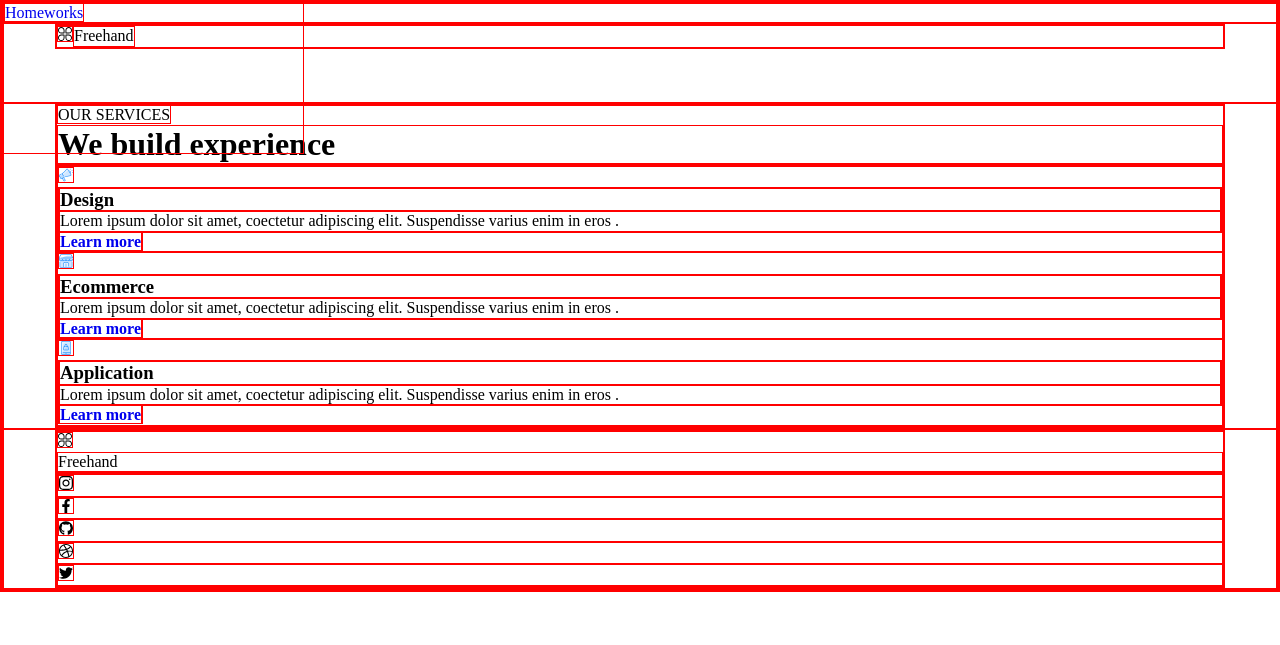
Repository: Tsiniavska/beetroot-test-project
Page: Homeworks/svg/index.html
An editor plug-in stored every save of this project. The page is shown before and after the next save, followed by the edit.
The browser window is 1280 px wide. The pictures show the whole page.
Some web fonts or font styles are not loaded; a fallback is used.

Above is the page before, as saved 2024-02-28 18:47:01.

### Homeworks/svg/index.html
<!DOCTYPE html>
<html lang="en">
  <head>
    <meta charset="UTF-8" />
    <meta name="viewport" content="width=device-width, initial-scale=1.0" />
    <title>SVG</title>
    <!-- Fonts -->

    <link rel="preconnect" href="https://fonts.googleapis.com" />
    <link rel="preconnect" href="https://fonts.gstatic.com" crossorigin />
    <link
      href="https://fonts.googleapis.com/css2?family=Nunito+Sans:ital,opsz,wght@0,6..12,200..1000;1,6..12,200..1000&family=Roboto&display=swap"
      rel="stylesheet"
    />
    <link rel="preconnect" href="https://fonts.googleapis.com" />
    <link rel="preconnect" href="https://fonts.gstatic.com" crossorigin />
    <link
      href="https://fonts.googleapis.com/css2?family=Quicksand:wght@500&display=swap"
      rel="stylesheet"
    />

    <!-- Styles -->
    <link rel="stylesheet" href="../../styles/normalize.css" />
    <link rel="stylesheet" href="../../styles/main.css" />
    <link rel="stylesheet" href="./index.css" />
    <link rel="stylesheet" href="./variables.css" />
  </head>
  <body>
    <!-- Icons -->
    <svg
      aria-hidden="true"
      style="position: absolute; overflow: hidden"
      xmlns="http://www.w3.org/2000/svg"
      xmlns:xlink="http://www.w3.org/1999/xlink"
    >
      <defs>
        <symbol id="icon-logo" viewBox="0 0 32 32">
          <path
            d="M7.467 0c-4.124 0-7.467 3.343-7.467 7.467s3.343 7.467 7.467 7.467v0h6.4c0.589 0 1.067-0.478 1.067-1.067v0-6.4c0-4.124-3.343-7.467-7.467-7.467v0zM2.133 7.467c0-2.946 2.388-5.333 5.333-5.333s5.333 2.388 5.333 5.333v0 5.333h-5.333c-2.946 0-5.333-2.388-5.333-5.333v0zM7.467 32c-4.124 0-7.467-3.343-7.467-7.467s3.343-7.467 7.467-7.467v0h6.4c0.589 0 1.067 0.478 1.067 1.067v0 6.4c0 4.124-3.343 7.467-7.467 7.467v0zM2.133 24.533c0 2.945 2.388 5.333 5.333 5.333s5.333-2.388 5.333-5.333v0-5.333h-5.333c-2.946 0-5.333 2.388-5.333 5.333v0zM32 7.467c0-4.124-3.343-7.467-7.467-7.467s-7.467 3.343-7.467 7.467v0 6.4c0 0.589 0.478 1.067 1.067 1.067v0h6.4c4.124 0 7.467-3.343 7.467-7.467v0zM24.533 2.133c2.945 0 5.333 2.388 5.333 5.333s-2.388 5.333-5.333 5.333v0h-5.333v-5.333c0-2.946 2.388-5.333 5.333-5.333v0zM24.533 32c4.124 0 7.467-3.343 7.467-7.467s-3.343-7.467-7.467-7.467v0h-6.4c-0.589 0-1.067 0.478-1.067 1.067v0 6.4c0 4.124 3.343 7.467 7.467 7.467v0zM29.867 24.533c0 2.945-2.388 5.333-5.333 5.333s-5.333-2.388-5.333-5.333v0-5.333h5.333c2.945 0 5.333 2.388 5.333 5.333v0z"
          ></path>
        </symbol>
        <symbol id="icon-twitter" viewBox="0 0 32 32">
          <path
            d="M28.711 9.482c0.020 0.284 0.020 0.569 0.020 0.853 0 8.67-6.599 18.66-18.66 18.66-3.716 0-7.168-1.076-10.071-2.944 0.528 0.061 1.036 0.081 1.584 0.081 3.066 0 5.888-1.036 8.142-2.802-2.883-0.061-5.3-1.949-6.132-4.548 0.406 0.061 0.812 0.102 1.239 0.102 0.589 0 1.178-0.081 1.726-0.223-3.005-0.609-5.259-3.249-5.259-6.437v-0.081c0.873 0.487 1.888 0.792 2.964 0.832-1.766-1.178-2.924-3.188-2.924-5.462 0-1.218 0.325-2.335 0.893-3.31 3.228 3.98 8.081 6.579 13.523 6.863-0.101-0.487-0.162-0.995-0.162-1.502 0-3.614 2.924-6.558 6.558-6.558 1.888 0 3.594 0.792 4.792 2.071 1.482-0.284 2.904-0.833 4.163-1.584-0.487 1.523-1.523 2.802-2.883 3.614 1.32-0.142 2.599-0.508 3.777-1.015-0.893 1.299-2.010 2.457-3.289 3.391z"
          ></path>
        </symbol>
        <symbol id="icon-facebook" viewBox="0 0 32 32">
          <path
            d="M23.446 18l0.889-5.791h-5.557v-3.758c0-1.584 0.776-3.129 3.265-3.129h2.526v-4.931c0 0-2.293-0.391-4.484-0.391-4.576 0-7.567 2.774-7.567 7.795v4.414h-5.087v5.791h5.087v14h6.261v-14h4.668z"
          ></path>
        </symbol>
        <symbol id="icon-instagram" viewBox="0 0 32 32">
          <path
            d="M16.004 7.797c-4.54 0-8.203 3.662-8.203 8.203s3.662 8.203 8.203 8.203 8.203-3.662 8.203-8.203c0-4.54-3.662-8.203-8.203-8.203zM16.004 21.333c-2.934 0-5.333-2.392-5.333-5.333s2.392-5.333 5.333-5.333 5.333 2.392 5.333 5.333c0 2.941-2.399 5.333-5.333 5.333zM26.455 7.462c0 1.064-0.857 1.913-1.913 1.913-1.064 0-1.913-0.857-1.913-1.913s0.857-1.913 1.913-1.913c1.057 0 1.913 0.857 1.913 1.913zM31.887 9.404c-0.121-2.563-0.707-4.833-2.584-6.703-1.87-1.87-4.14-2.456-6.703-2.584-2.641-0.15-10.558-0.15-13.2 0-2.556 0.121-4.826 0.707-6.703 2.577s-2.456 4.141-2.584 6.703c-0.15 2.641-0.15 10.558 0 13.2 0.121 2.563 0.707 4.833 2.584 6.703s4.141 2.456 6.703 2.584c2.641 0.15 10.558 0.15 13.2 0 2.563-0.121 4.833-0.707 6.703-2.584 1.87-1.87 2.456-4.141 2.584-6.703 0.15-2.641 0.15-10.551 0-13.193zM28.475 25.431c-0.557 1.399-1.635 2.477-3.041 3.041-2.106 0.835-7.103 0.642-9.43 0.642s-7.332 0.186-9.43-0.642c-1.399-0.557-2.477-1.635-3.041-3.041-0.835-2.106-0.643-7.103-0.643-9.431s-0.186-7.332 0.643-9.43c0.557-1.399 1.635-2.477 3.041-3.041 2.106-0.835 7.103-0.643 9.43-0.643s7.332-0.186 9.43 0.643c1.399 0.557 2.477 1.635 3.041 3.041 0.835 2.106 0.643 7.103 0.643 9.43s0.193 7.332-0.643 9.431z"
          ></path>
        </symbol>
        <symbol id="icon-github" viewBox="0 0 32 32">
          <path
            d="M10.703 25.522c0 0.129-0.148 0.232-0.335 0.232-0.213 0.019-0.361-0.084-0.361-0.232 0-0.129 0.148-0.232 0.335-0.232 0.194-0.019 0.361 0.084 0.361 0.232zM8.697 25.232c-0.045 0.129 0.084 0.277 0.277 0.316 0.168 0.065 0.361 0 0.4-0.129s-0.084-0.277-0.277-0.336c-0.168-0.045-0.355 0.019-0.4 0.148zM11.548 25.122c-0.187 0.045-0.316 0.168-0.297 0.316 0.019 0.129 0.187 0.213 0.381 0.168 0.187-0.045 0.316-0.168 0.297-0.297-0.019-0.123-0.194-0.206-0.381-0.187zM15.794 0.4c-8.948 0-15.794 6.794-15.794 15.742 0 7.155 4.503 13.277 10.935 15.432 0.826 0.148 1.116-0.361 1.116-0.781 0-0.4-0.019-2.607-0.019-3.961 0 0-4.516 0.968-5.465-1.923 0 0-0.736-1.877-1.794-2.361 0 0-1.477-1.013 0.103-0.993 0 0 1.606 0.129 2.49 1.664 1.413 2.49 3.781 1.774 4.703 1.348 0.148-1.032 0.568-1.748 1.032-2.174-3.606-0.4-7.245-0.923-7.245-7.129 0-1.774 0.49-2.665 1.523-3.8-0.168-0.419-0.716-2.148 0.168-4.381 1.348-0.419 4.452 1.742 4.452 1.742 1.29-0.361 2.677-0.548 4.052-0.548s2.761 0.187 4.052 0.548c0 0 3.103-2.168 4.452-1.742 0.884 2.239 0.336 3.961 0.168 4.381 1.032 1.142 1.664 2.032 1.664 3.8 0 6.226-3.8 6.723-7.406 7.129 0.594 0.51 1.097 1.477 1.097 2.993 0 2.174-0.019 4.865-0.019 5.394 0 0.419 0.297 0.929 1.116 0.781 6.452-2.142 10.826-8.264 10.826-15.419 0-8.948-7.258-15.742-16.206-15.742zM6.271 22.651c-0.084 0.064-0.064 0.213 0.045 0.335 0.103 0.103 0.252 0.148 0.335 0.065 0.084-0.065 0.064-0.213-0.045-0.336-0.103-0.103-0.252-0.148-0.335-0.064zM5.574 22.129c-0.045 0.084 0.019 0.187 0.148 0.252 0.103 0.064 0.232 0.045 0.277-0.045 0.045-0.084-0.019-0.187-0.148-0.252-0.129-0.039-0.232-0.019-0.277 0.045zM7.665 24.425c-0.103 0.084-0.064 0.277 0.084 0.4 0.148 0.148 0.336 0.168 0.419 0.065 0.084-0.084 0.045-0.277-0.084-0.4-0.142-0.148-0.335-0.168-0.419-0.065zM6.929 23.477c-0.103 0.064-0.103 0.232 0 0.381s0.277 0.213 0.361 0.148c0.103-0.084 0.103-0.252 0-0.4-0.090-0.148-0.258-0.213-0.361-0.129z"
          ></path>
        </symbol>
        <symbol id="icon-dribbble" viewBox="0 0 32 32">
          <path
            d="M16 0c-8.822 0-16 7.178-16 16s7.178 16 16 16c8.822 0 16-7.178 16-16s-7.178-16-16-16zM26.579 7.378c1.903 2.326 3.056 5.288 3.086 8.513-0.451-0.095-4.969-1.012-9.516-0.44-0.371-0.906-0.721-1.703-1.201-2.685 5.053-2.063 7.343-4.999 7.631-5.389zM25.059 5.798c-0.246 0.35-2.303 3.115-7.163 4.937-2.239-4.115-4.722-7.495-5.099-8.001 4.334-1.045 8.901 0.082 12.262 3.064zM10.19 3.653c0.36 0.494 2.802 3.878 5.067 7.904-6.393 1.698-12.023 1.673-12.634 1.665 0.886-4.241 3.744-7.765 7.568-9.569zM2.334 16.021c0-0.14 0.003-0.279 0.007-0.418 0.598 0.012 7.221 0.098 14.046-1.945 0.391 0.766 0.765 1.543 1.108 2.319-4.942 1.392-9.432 5.389-11.647 9.181-2.183-2.423-3.513-5.628-3.513-9.138zM7.611 26.802c1.428-2.918 5.302-6.685 10.811-8.565 1.919 4.986 2.712 9.165 2.915 10.364-4.394 1.872-9.678 1.358-13.727-1.799zM23.636 27.35c-0.14-0.831-0.867-4.832-2.655-9.744 4.283-0.685 8.045 0.437 8.513 0.584-0.609 3.803-2.792 7.087-5.858 9.16z"
          ></path>
        </symbol>
        <symbol id="icon-phone" viewBox="0 0 32 32">
          <path
            class="icon-change-color"
            fill="#d1e7ff"
            style="fill: var(--color1, #d1e7ff)"
            d="M23.839 0.533c1.259 0 2.28 0.955 2.28 2.133v26.667c0 1.178-1.021 2.133-2.28 2.133h-15.678c-1.259 0-2.28-0.955-2.28-2.133v-26.667c0-1.178 1.021-2.133 2.28-2.133h15.678z"
          ></path>
          <path
            class="icon-change-color"
            fill="#b9dcff"
            style="fill: var(--color2, #b9dcff)"
            d="M19.586 11.981c0.546 0 1.003 0.385 1.063 0.892l0.762 6.552c0.069 0.591-0.426 1.108-1.063 1.108h-8.697c-0.636 0-1.132-0.517-1.063-1.108l0.762-6.552c0.059-0.507 0.517-0.892 1.063-0.892h7.172z"
          ></path>
          <path
            class="icon-change-color"
            fill="#e8f3ff"
            style="fill: var(--color3, #e8f3ff)"
            d="M23.947 0.536c1.834 0.080 1.737 2.664-0.099 2.664h-7.42c-4.251 0-7.696 3.224-7.696 7.2v21.067h-0.57c-1.259 0-2.28-0.955-2.28-2.133v-26.667c0-1.178 1.021-2.133 2.28-2.133 0.103 0 15.702-0.001 15.786 0.002z"
          ></path>
          <path
            class="icon-change-color"
            fill="#b9dcff"
            style="fill: var(--color2, #b9dcff)"
            d="M26.119 26.8v2.533c0 1.178-1.021 2.133-2.28 2.133h-15.678c-1.259 0-2.28-0.955-2.28-2.133v-2.533h20.238z"
          ></path>
          <path
            class="icon-change-color"
            fill="#d1e7ff"
            style="fill: var(--color1, #d1e7ff)"
            d="M8.731 26.8v2.541c0 1.737-2.85 1.826-2.85-0.008v-2.533h2.85z"
          ></path>
          <path
            class="icon-change-color"
            fill="#d1e7ff"
            style="fill: var(--color1, #d1e7ff)"
            d="M19.586 13.981c-3.453 0-6.276 2.432-6.64 5.565-0.065 0.562-0.572 0.987-1.176 0.987h-0.118c-0.636 0-1.132-0.517-1.063-1.108l0.762-6.552c0.059-0.507 0.517-0.892 1.063-0.892h7.172c0.545 0 1.003 0.384 1.063 0.892 0.069 0.593-0.427 1.108-1.062 1.108z"
          ></path>
          <path
            class="icon-change-color"
            fill="#007ffc"
            style="fill: var(--color4, #007ffc)"
            d="M23.839 0h-15.678c-1.572 0-2.85 1.196-2.85 2.667v26.667c0 1.47 1.279 2.667 2.85 2.667h15.678c1.572 0 2.851-1.196 2.851-2.667v-26.667c0-1.47-1.279-2.667-2.851-2.667zM23.839 30.933h-15.678c-0.943 0-1.71-0.718-1.71-1.6v-26.667c0-0.882 0.767-1.6 1.71-1.6h15.678c0.943 0 1.71 0.718 1.71 1.6v23.6h-16.319c-0.315 0-0.57 0.239-0.57 0.533s0.255 0.533 0.57 0.533h16.319v2c0 0.882-0.767 1.6-1.71 1.6zM17.283 29c0 0.295-0.255 0.533-0.57 0.533h-1.425c-0.315 0-0.57-0.239-0.57-0.533s0.255-0.533 0.57-0.533h1.425c0.315 0 0.57 0.239 0.57 0.533zM11.652 21.067h8.697c0.975 0 1.735-0.793 1.629-1.699l-0.762-6.552c-0.091-0.779-0.791-1.367-1.629-1.367h-0.528v-0.987c-0-1.578-1.372-2.861-3.058-2.861s-3.058 1.283-3.058 2.861v0.987h-0.528c-0.838 0-1.539 0.588-1.629 1.367l-0.762 6.552c-0.106 0.907 0.655 1.699 1.629 1.699zM11.156 19.483l0.762-6.552c0.028-0.237 0.241-0.416 0.496-0.416h0.528v0.832c0 0.295 0.255 0.533 0.57 0.533s0.57-0.239 0.57-0.533v-2.886c0-0.989 0.86-1.794 1.918-1.794s1.918 0.805 1.918 1.794v0.987h-2.466c-0.315 0-0.57 0.239-0.57 0.533s0.255 0.533 0.57 0.533h2.466v0.832c0 0.295 0.255 0.533 0.57 0.533s0.57-0.239 0.57-0.533v-0.832h0.528c0.255 0 0.468 0.179 0.496 0.416l0.762 6.552c0.032 0.276-0.198 0.517-0.496 0.517h-8.697c-0.297 0-0.528-0.24-0.496-0.517z"
          ></path>
        </symbol>
        <symbol id="icon-megaphone" viewBox="0 0 32 32">
          <path
            fill="#d1e7ff"
            style="fill: var(--color1, #d1e7ff)"
            d="M27.482 15.2c0.639 1.036-0.127 2.337-1.405 2.383-4.667 0.171-9.425 1.261-13.911 3.408l-1.483 0.801c0 0.006-0.020-0.033 3.591 5.843 0.331 0.538 0.135 1.224-0.439 1.535l-1.17 0.632c-0.574 0.31-1.309 0.126-1.64-0.412l-3.602-5.836-0.585 0.316c-1.149 0.62-2.617 0.252-3.281-0.823l-2.701-4.377c-0.663-1.075-0.269-2.449 0.879-3.069l5.329-2.878c4.072-2.464 7.523-5.728 10.11-9.566 0.682-1.012 2.269-0.983 2.909 0.053l2.311 3.746c1.328-0.717 3.027-0.291 3.793 0.951s0.311 2.831-1.017 3.548l2.312 3.746z"
          ></path>
          <path
            fill="#d1e7ff"
            style="fill: var(--color1, #d1e7ff)"
            d="M26.186 7.906c0.767 1.242 0.311 2.831-1.017 3.548l-2.777-4.499c1.328-0.717 3.027-0.291 3.793 0.951z"
          ></path>
          <path
            fill="#e8f3ff"
            style="fill: var(--color3, #e8f3ff)"
            d="M20.082 3.209c0.319 0.517 0.299 1.159-0.054 1.657-2.848 4.014-6.664 7.641-11.332 10.466l-6.243 3.372c-0.429 0.232-0.768 0.553-1.005 0.924l-0.592-0.959c-0.663-1.075-0.269-2.449 0.879-3.069l5.329-2.878c4.072-2.464 7.523-5.728 10.11-9.566 0.682-1.012 2.269-0.983 2.909 0.053z"
          ></path>
          <path
            fill="#b9dcff"
            style="fill: var(--color2, #b9dcff)"
            d="M7.063 12.723l5.103 8.269c-1.023 0.552-4.308 2.326-5.329 2.878-1.149 0.62-2.617 0.252-3.281-0.823l-2.701-4.377c-0.663-1.075-0.269-2.449 0.879-3.069l5.329-2.878z"
          ></path>
          <path
            fill="#d1e7ff"
            style="fill: var(--color1, #d1e7ff)"
            d="M8.679 15.341c-6.781 3.662-6.331 3.407-6.55 3.566-0.412 0.3-1.013 0.185-1.274-0.238-0.663-1.075-0.269-2.449 0.879-3.069l5.329-2.878 1.616 2.619z"
          ></path>
          <path
            fill="#b9dcff"
            style="fill: var(--color2, #b9dcff)"
            d="M11.653 23.373c-1.897 1.028-0.501 0.271-3.257 1.759l-0.975-1.578 3.261-1.761 0.971 1.58z"
          ></path>
          <path
            fill="#b9dcff"
            style="fill: var(--color2, #b9dcff)"
            d="M26.020 10.741c-0.22 0.283-0.506 0.528-0.851 0.713l-2.777-4.499c0.345-0.186 0.715-0.295 1.086-0.332 0.14 0.226 2.419 3.921 2.541 4.118z"
          ></path>
          <path
            fill="#007ffc"
            style="fill: var(--color4, #007ffc)"
            d="M25.877 11.602c2.081-1.591 1.362-4.736-1.238-5.388-0.68-0.17-1.383-0.135-2.028 0.095l-2.067-3.349c-0.841-1.363-2.927-1.399-3.822-0.070-2.542 3.772-5.928 6.98-9.949 9.414-0.229 0.138-0.314 0.424-0.178 0.657 0.022 0.037 3.445 5.583 3.468 5.62 0.147 0.239 0.473 0.32 0.729 0.183s0.342-0.443 0.195-0.682l-3.21-5.202c3.834-2.397 7.229-5.571 9.848-9.458 0.468-0.695 1.557-0.674 1.996 0.037l7.4 11.991c0.439 0.711-0.087 1.604-0.964 1.636-4.917 0.179-9.732 1.356-14.133 3.462-0.019 0.009-5.009 2.705-5.353 2.89-0.892 0.482-2.037 0.195-2.552-0.64l-2.701-4.378c-0.515-0.834-0.208-1.905 0.684-2.387l3.251-1.756c0.255-0.138 0.342-0.443 0.195-0.682s-0.474-0.32-0.729-0.183l-3.251 1.756c-1.401 0.757-1.883 2.439-1.074 3.75l2.702 4.377c0.809 1.311 2.608 1.762 4.009 1.005l0.123-0.066 3.335 5.404c0.479 0.776 1.538 1.042 2.369 0.594l1.17-0.632c0.83-0.448 1.114-1.439 0.635-2.216l-2.364-3.83c-0.147-0.239-0.474-0.32-0.729-0.183s-0.342 0.443-0.195 0.682l2.364 3.83c0.184 0.299 0.075 0.68-0.244 0.853l-1.17 0.632c-0.319 0.172-0.727 0.070-0.912-0.229l-3.335-5.404 4.27-2.307c4.179-1.997 8.828-3.171 13.677-3.347 1.681-0.061 2.686-1.771 1.846-3.132l-2.067-3.349zM25.724 8.155c0.527 0.853 0.337 1.912-0.391 2.565l-2.179-3.531c0.955-0.262 2.035 0.099 2.57 0.966zM30.941 5.937l-1.38 0.745c-0.255 0.138-0.581 0.056-0.729-0.183s-0.060-0.544 0.195-0.682l1.38-0.745c0.255-0.138 0.581-0.056 0.729 0.183s0.060 0.544-0.195 0.682zM25.006 3.093l0.337-1.175c0.076-0.266 0.369-0.424 0.653-0.353s0.453 0.345 0.377 0.611l-0.337 1.175c-0.076 0.265-0.368 0.424-0.653 0.353-0.284-0.071-0.453-0.345-0.377-0.611zM31.982 11.265c-0.064 0.223-0.279 0.37-0.515 0.37-0.096 0-0.029 0.010-1.394-0.332-0.285-0.071-0.453-0.345-0.377-0.611s0.369-0.424 0.653-0.353l1.256 0.315c0.284 0.071 0.453 0.345 0.377 0.611z"
          ></path>
        </symbol>
        <symbol id="icon-building" viewBox="0 0 32 32">
          <path
            fill="#d1e7ff"
            style="fill: var(--color1, #d1e7ff)"
            d="M29.862 12.11v16.36c0 1.102-0.955 1.995-2.133 1.995h-23.461c-1.178 0-2.133-0.893-2.133-1.995 0-15.466-0.001-12.569 0.005-16.36h27.722z"
          ></path>
          <path
            fill="#b9dcff"
            style="fill: var(--color2, #b9dcff)"
            d="M29.862 12.11v3.779c0 0.818-0.701 1.495-1.575 1.498-0.010 0-24.561 0-24.578 0-0.874-0.004-1.574-0.681-1.574-1.498 0-1.091-0.001-0.338 0.005-3.779h27.722z"
          ></path>
          <path
            fill="#e8f3ff"
            style="fill: var(--color3, #e8f3ff)"
            d="M21.397 21.549v8.916h-10.798v-8.916c0-1.102 0.955-1.995 2.133-1.995h6.532c1.178 0 2.133 0.893 2.133 1.995z"
          ></path>
          <path
            fill="#b9dcff"
            style="fill: var(--color2, #b9dcff)"
            d="M31.462 12.11c0 1.996-1.73 3.617-3.866 3.617s-3.866-1.619-3.866-3.617c0 1.997-1.731 3.617-3.866 3.617s-3.866-1.619-3.866-3.617c0 1.997-1.731 3.617-3.866 3.617s-3.866-1.619-3.866-3.617c-0.003 1.984-1.749 3.617-3.866 3.617-2.114 0-3.862-1.63-3.866-3.617 0-3.143-0.009-2.95 0.023-3.094 0.032-0.142-0.19 0.36 3.164-6.881 0.169-0.365 0.554-0.601 0.978-0.601h22.595c0.424 0 0.809 0.236 0.978 0.601 3.356 7.246 3.132 6.74 3.164 6.881 0.032 0.144 0.023-0.053 0.023 3.094z"
          ></path>
          <path
            fill="#b9dcff"
            style="fill: var(--color2, #b9dcff)"
            d="M31.462 12.11c0 1.996-1.73 3.616-3.866 3.616s-3.866-1.619-3.866-3.616c0 1.997-1.731 3.616-3.866 3.616s-3.866-1.619-3.866-3.616c0 1.997-1.731 3.616-3.866 3.616s-3.866-1.619-3.866-3.616c-0.003 1.984-1.749 3.616-3.866 3.616-2.114 0-3.862-1.63-3.866-3.616-0.005-3.16-0.004-2.971 0.023-3.094h30.88c0.032 0.144 0.023-0.053 0.023 3.094z"
          ></path>
          <path
            fill="#fff"
            style="fill: var(--color5, #fff)"
            d="M27.008 4.2c-6.77-0.872-13.603 0.246-19.129 4.142-0.622 0.439-1.38 0.675-2.159 0.675h-5.16c0.032-0.142-0.19 0.36 3.164-6.881 0.169-0.365 0.554-0.601 0.978-0.601h22.595c0.425 0 0.809 0.236 0.978 0.601l0.149 0.321c0.416 0.899-0.378 1.878-1.415 1.744z"
          ></path>
          <path
            fill="#007ffc"
            style="fill: var(--color4, #007ffc)"
            d="M30.395 17.933v10.538c0 1.375-1.196 2.494-2.666 2.494h-23.461c-1.47 0-2.666-1.119-2.666-2.494v-10.538c0-0.275 0.239-0.499 0.533-0.499s0.533 0.223 0.533 0.499v10.538c0 0.825 0.718 1.497 1.6 1.497h5.799v-8.418c0-1.375 1.196-2.494 2.666-2.494h6.532c1.47 0 2.666 1.119 2.666 2.494v6.422c0 0.275-0.239 0.499-0.533 0.499s-0.533-0.223-0.533-0.499v-6.422c0-0.825-0.718-1.497-1.6-1.497h-6.532c-0.882 0-1.6 0.671-1.6 1.497v8.418h4.332v-7.857c0-0.275 0.239-0.499 0.533-0.499s0.533 0.223 0.533 0.499v7.857h11.197c0.882 0 1.6-0.671 1.6-1.497v-10.538c0-0.275 0.239-0.499 0.533-0.499s0.533 0.223 0.533 0.499zM3.468 9.016c0 0.275 0.239 0.499 0.533 0.499 29.011 0 27.573 0.049 27.785-0.104 0.111-0.080 0.183-0.195 0.203-0.326 0.030-0.2 0.221 0.293-3.504-7.75-0.085-0.182-0.277-0.3-0.489-0.3h-23.994c-0.212 0-0.405 0.118-0.489 0.3l-3.466 7.482c-0.061 0.132-0.044-0.078-0.044 3.293 0.004 2.269 1.977 4.115 4.399 4.115 1.665 0 3.118-0.872 3.865-2.155 1.668 2.868 6.062 2.871 7.733 0.002 1.67 2.867 6.061 2.867 7.732 0 0.746 1.281 2.199 2.153 3.866 2.153 2.426 0 4.399-1.846 4.399-4.115 0-0.275-0.239-0.499-0.533-0.499s-0.533 0.223-0.533 0.499c0 1.719-1.495 3.118-3.333 3.118s-3.332-1.399-3.332-3.118c0-0.275-0.239-0.499-0.533-0.499s-0.533 0.223-0.533 0.499c0 1.719-1.495 3.118-3.333 3.118s-3.333-1.399-3.333-3.118c0-0.275-0.239-0.499-0.533-0.499s-0.533 0.223-0.533 0.499c0 1.719-1.495 3.118-3.333 3.118-1.797 0-3.332-1.351-3.332-3.143 0-0.275-0.239-0.499-0.533-0.499s-0.533 0.223-0.533 0.499c0 1.777-1.526 3.143-3.333 3.143-1.835 0-3.33-1.399-3.333-3.118v-2.99l3.283-7.087h23.294l3.004 6.485h-26.648c-0.295 0-0.533 0.223-0.533 0.499z"
          ></path>
        </symbol>
      </defs>
    </svg>

    <div class="app">
      <!-- link homeworks -->
      <div>
        <a href="../../index.html">Homeworks</a>
      </div>

      <!-- Header -->
      <header class="header">
        <div class="wrapper">
          <div class="header-wrapper">
            <svg class="icon icon-logo">
              <use xlink:href="#icon-logo"></use>
            </svg>
            <div class="header-title">Freehand</div>
          </div>
        </div>
      </header>

      <!-- Main-->
      <main class="content">
        <div class="wrapper">
          <div class="content-topic">
            <span>OUR SERVICES</span>
            <h1 class="content-title">We build experience</h1>
          </div>

          <!-- content colums -->
          <div class="content-blocks">
            <div class="content-blocks-item">
              <svg class="icon icon-megaphone icon-content-size">
                <use xlink:href="#icon-megaphone"></use>
              </svg>
              <div class="content-blocks-item-text">
                <h3>Design</h3>
                <p>
                  Lorem ipsum dolor sit amet, coectetur adipiscing elit.
                  Suspendisse varius enim in eros .
                </p>
              </div>

              <a class="content-blocks-link" href="#"><b>Learn more</b></a>
            </div>
            <div class="content-blocks-item">
              <svg class="icon icon-building icon-content-size">
                <use xlink:href="#icon-building"></use>
              </svg>
              <div class="content-blocks-item-text">
                <h3>Ecommerce</h3>
                <p>
                  Lorem ipsum dolor sit amet, coectetur adipiscing elit.
                  Suspendisse varius enim in eros .
                </p>
              </div>

              <a class="content-blocks-link" href="#"><b>Learn more</b></a>
            </div>

            <div class="content-blocks-item">
              <svg class="icon icon-phone icon-content-size">
                <use xlink:href="#icon-phone"></use>
              </svg>
              <div class="content-blocks-item-text">
                <h3>Application</h3>
                <p>
                  Lorem ipsum dolor sit amet, coectetur adipiscing elit.
                  Suspendisse varius enim in eros .
                </p>
              </div>

              <a class="content-blocks-link" href="#"><b>Learn more</b></a>
            </div>
          </div>
        </div>
      </main>

      <!-- Footer -->
      <footer class="footer">
        <div class="wrapper footer-content">
          <div class="footer-logo">
            <svg class="icon icon-logo">
              <use xlink:href="#icon-logo"></use>
            </svg>
            <div class="footer-title">Freehand</div>
          </div>
          <div class="footer-icon-block">
            <div class="footer-icon-block-item">
              <svg class="icon icon-instagram icon-footer-size">
                <use xlink:href="#icon-instagram"></use>
              </svg>
            </div>
            <div class="footer-icon-block-item">
              <svg class="icon icon-facebook icon-footer-size">
                <use xlink:href="#icon-facebook"></use>
              </svg>
            </div>
            <div class="footer-icon-block-item">
              <svg class="icon icon-github icon-footer-size">
                <use xlink:href="#icon-github"></use>
              </svg>
            </div>
            <div class="footer-icon-block-item">
              <svg class="icon icon-dribbble icon-footer-size">
                <use xlink:href="#icon-dribbble"></use>
              </svg>
            </div>
            <div class="footer-icon-block-item">
              <svg class="icon icon-twitter icon-footer-size">
                <use xlink:href="#icon-twitter"></use>
              </svg>
            </div>
          </div>
        </div>
      </footer>
    </div>
  </body>
</html>

### styles/main.css
/* Global */
* {
  /* TODO removed */
  border: 1px solid red;
  box-sizing: border-box;
  padding: 0;
  margin: 0;
}

/* Body */
body {
  font-size: 16px;
}

/* Titles */
h1,
h2,
h3,
h4,
h5,
h6 {
  margin-bottom: 0;
  margin-top: 0;
}

img {
  width: 100%;
}

a {
  text-decoration: none;
}

ul {
  list-style-type: none;
}

.icon {
  display: inline-block;
  width: 1em;
  height: 1em;
  stroke-width: 0;
  stroke: currentColor;
  fill: currentColor;
}

### Homeworks/svg/index.css
.wrapper {
  max-width: 1170px;
  width: 100%;
  margin: 0 auto;
}

.header {
  min-height: var(--h-header);
  width: 100%;
}

.header-wrapper {
  display: flex;
}

.icon-logo {
}

### Homeworks/svg/variables.css
:root {
  /* Color */
  --c-green: #3db370;
  --c-dark-blue: #16133d;
  --c-silver: #e5eaf4;
  --c-silver-2: #efeef3;
  --c-white: #ffffff;
  /* Fonts */
  --f-h1: "Nunito Sans", sans-serif;
  --f-text: "Roboto", sans-serif;
  --f-logo: "Quicksand", sans-serif;
  /* Height */
  --h-header: 80px;
  --h-footer: 210px;
}

Loaded but not shown: styles/normalize.css (library)

After the next save:
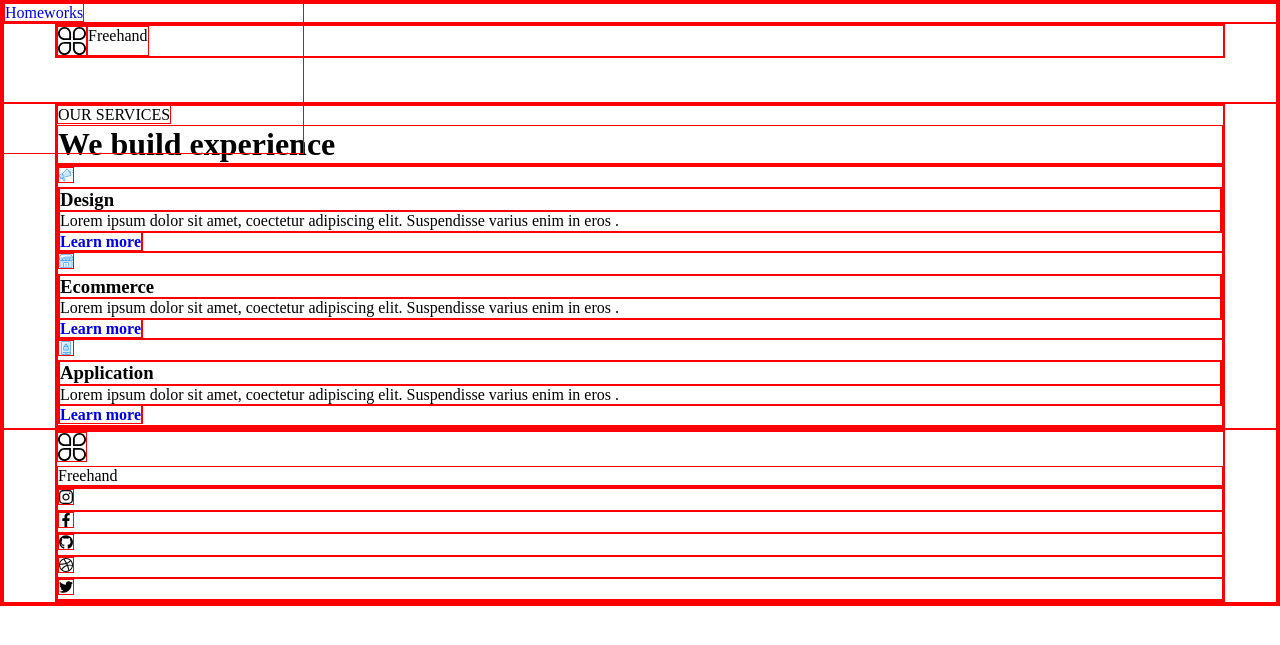
Saved 20 s later.
--- a/Homeworks/svg/index.css
+++ b/Homeworks/svg/index.css
@@ -14,4 +14,6 @@
 }
 
 .icon-logo {
+  width: 30px;
+  height: 30px;
 }
